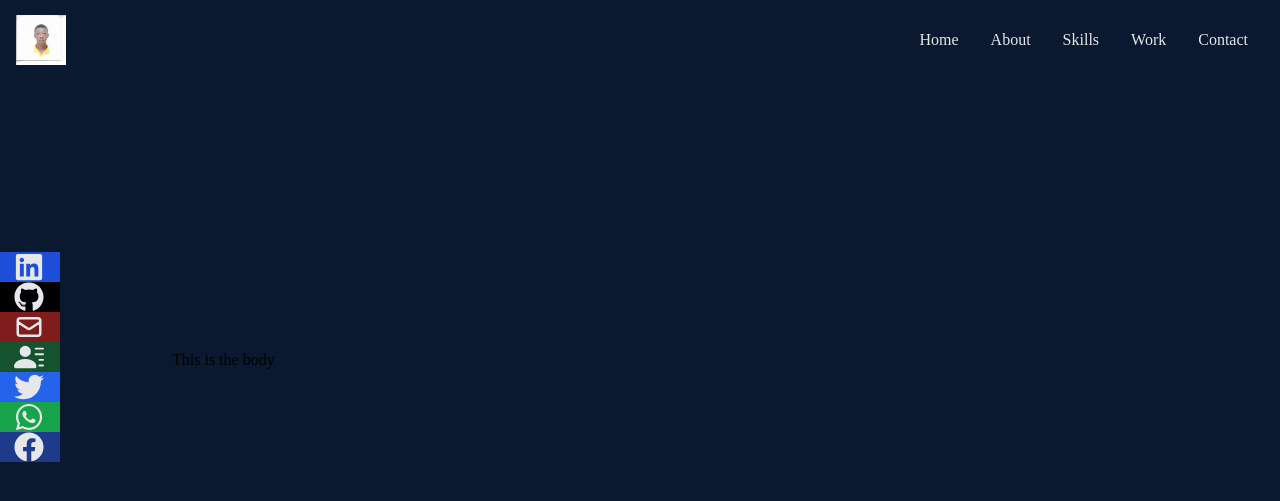
Repository: AngusOnyebuchi/Dashboard
Page: /
These files come from the project's save history. The page is drawn as it stood at one moment and after the next save; the edit follows.
The browser window is 1280 px wide. The pictures show the whole page.
The project was rebuilt for these pictures with package versions that can differ from the ones it lists, and the page was loaded fresh each time.

Above is the page before, as saved 2022-04-13 22:08:21.

After the next save:
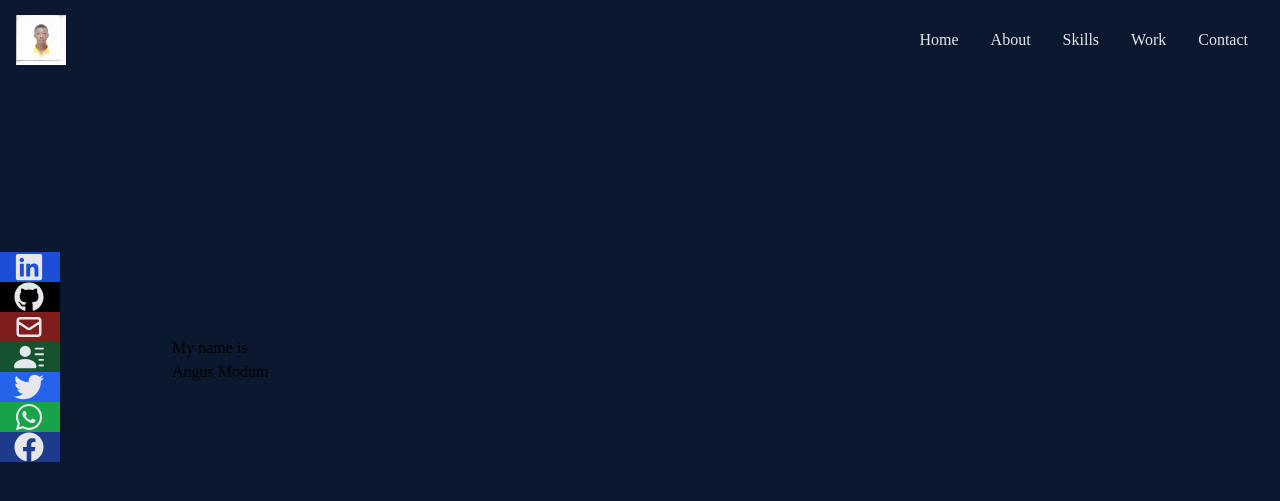
Saved 98 s later.
--- a/src/components/Home.js
+++ b/src/components/Home.js
@@ -7,7 +7,8 @@ export default function Home() {
 
             {/** Container */}
             <div className="max-w-[1000px] mx-auto px-8 flex flex-col justify-center h-full">
-               <h1>This is the body</h1>
+               <p>My name is</p>
+               <h1>Angus Modum</h1>
             </div>
         </div>
     )
